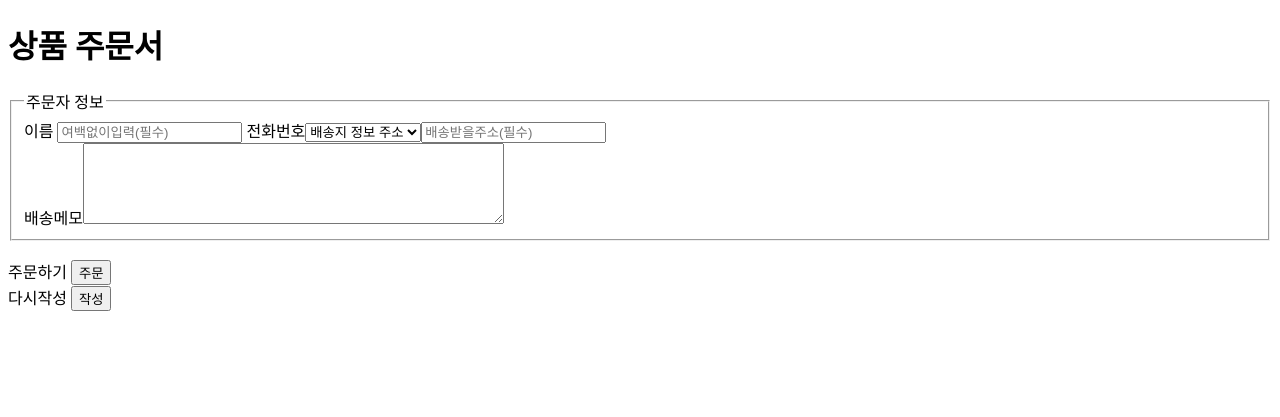
Repository: Dalso13/workspace
Page: workspace_exam/Test_1/WebContent/02_css/15_form_test.html
An editor plug-in stored every save of this project. The page is shown before and after the next save, followed by the edit.
The browser window is 1280 px wide. The pictures show the whole page.

Above is the page before, as saved 2023-03-16 01:10:25.

### workspace_exam/Test_1/WebContent/02_css/15_form_test.html
<!DOCTYPE html>
<html>
<head>
<meta charset="UTF-8">
<title>Insert title here</title>
</head>
<body>
	<form action="#" method="post">
	<h1>상품 주문서</h1>

	<fieldset>
	<legend>주문자 정보</legend>
	이름 <input type="text" placeholder="여백없이입력(필수)">
	전화번호<select name="addr1">
		<option value="">
	</fieldset>


	<fieldset>
	<legend>배송지 정보</legend>
	주소<input type="text" placeholder="배송받을주소(필수)"><br>
	배송메모<textarea rows="5" cols="50"></textarea>
	</fieldset>

	<br>

	주문하기 <input type="button" value="주문"><br>
	다시작성 <input type="button" value="작성">
	</form>
</body>
</html>

After the next save:
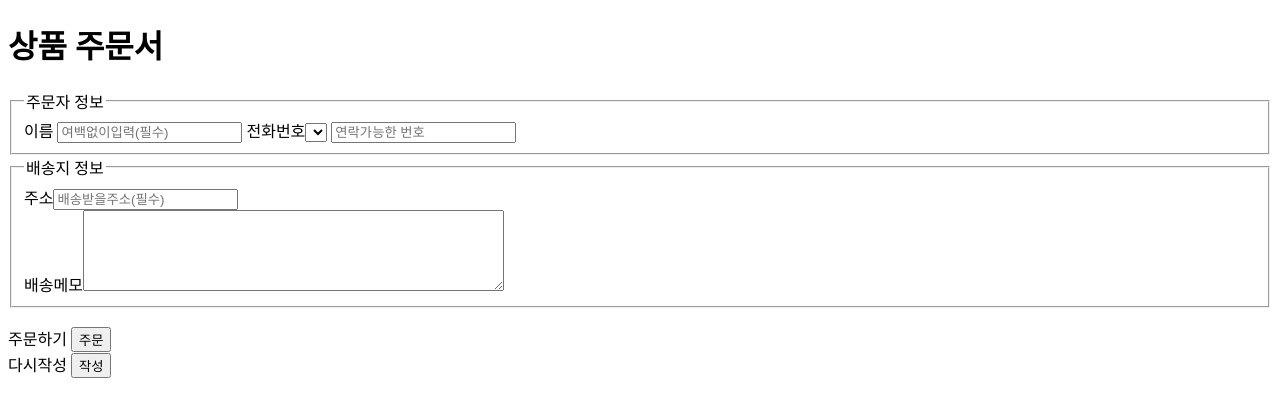
Saved 5 min 32 s later.
--- a/workspace_exam/Test_1/WebContent/02_css/15_form_test.html
+++ b/workspace_exam/Test_1/WebContent/02_css/15_form_test.html
@@ -12,7 +12,11 @@
 	<legend>주문자 정보</legend>
 	이름 <input type="text" placeholder="여백없이입력(필수)">
 	전화번호<select name="addr1">
-		<option value="">
+			<option value="02"></option>
+			<option value="031"></option>
+			<option value="032"></option>
+		</select>
+	<input placeholder="연락가능한 번호">
 	</fieldset>
 
 
